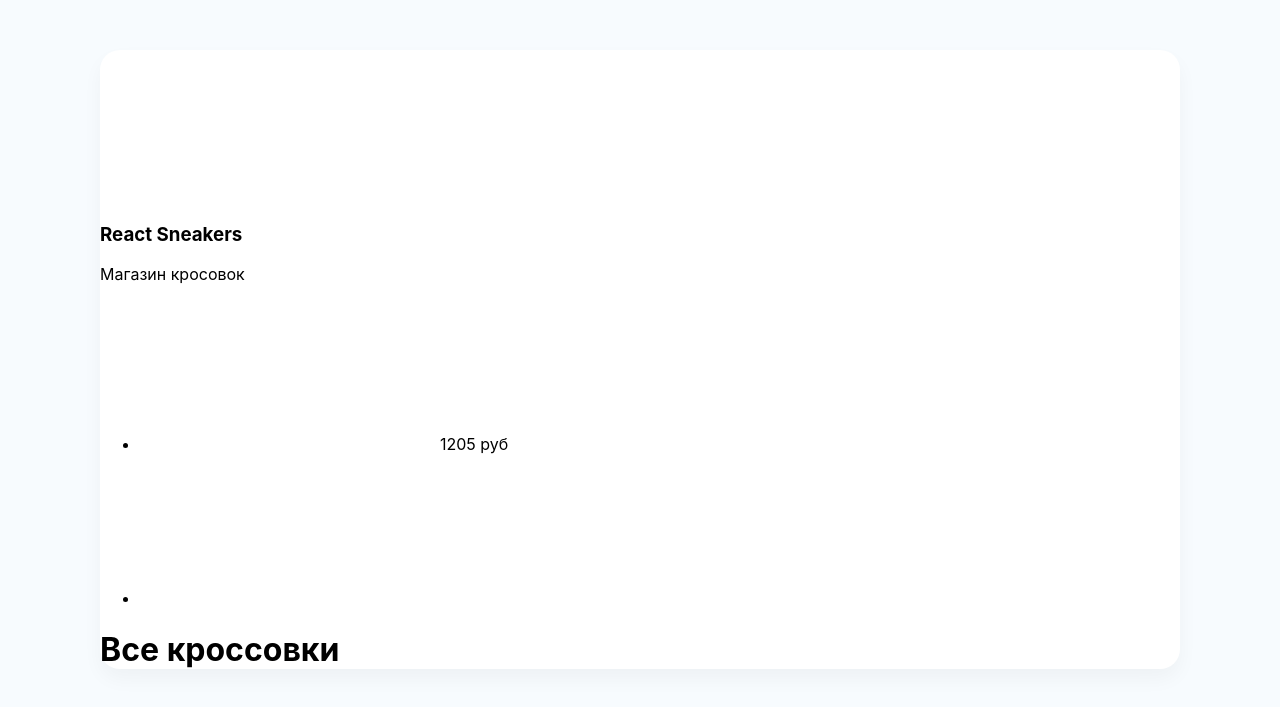
Repository: Azimich/React-Sneakers
Page: /
The author's editor kept a copy of each file at every save. The page is drawn from the files as they stood at one save, then again after a run of saves.
The browser window is 1280 px wide. The pictures show the whole page.
The project was rebuilt for these pictures with package versions that can differ from the ones it lists, and the page was loaded fresh each time.

Above is the page before, as saved 2022-09-22 21:20:54.

### src/index.js
import React from 'react';
import ReactDOM from 'react-dom/client';
import './index.scss';
import App from './App';

const root = ReactDOM.createRoot(document.getElementById('root'));
root.render (
  <React.StrictMode>
    <App />
  </React.StrictMode>
);

### src/index.scss
body {
  margin: 0;
  font-family: -apple-system, BlinkMacSystemFont, 'Segoe UI', 'Roboto', 'Oxygen',
  'Ubuntu', 'Cantarell', 'Fira Sans', 'Droid Sans', 'Helvetica Neue',
  sans-serif;
  background-color: #F7FBFE;
}

.wrapper {
  background: #FFFFFF;
  box-shadow: 0px 10px 20px rgba(0, 0, 0, 0.04);
  border-radius: 20px;
  max-width: 1080px;
  margin: 50px auto;
}

### src/App.js
import React from 'react';
import logo from '../public/img/logo.svg'

function App() {
  return (
    <div className="wrapper">
      <header>
        <div className="headerLeft"></div>
        <svg />
        <div className="headerInfo">
          <h3>React Sneakers</h3>
          <p>Магазин кросовок</p>
        </div>
        <ul className="headerRight">
          <li>
            <svg />
            <span>1205 руб</span>
          </li>
          <li>
            <svg />
          </li>
        </ul>
      </header>
      <div className="content">
        <h1>Все кроссовки</h1>
      </div>
    </div>
  );
}

export default App;

Loaded but not shown: public/index.html (common file)

After the next 4 saves:
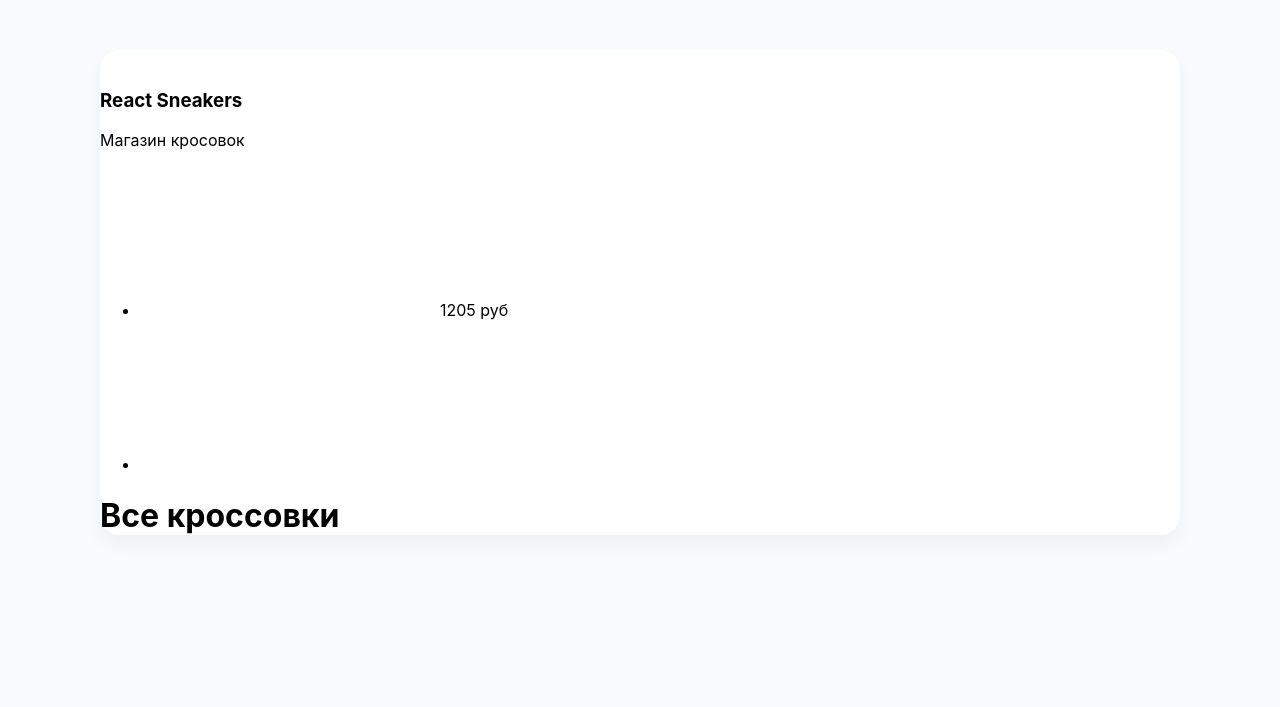
The 4 saves are shown as one change because they came seconds apart.
The last was saved 18 s later.
--- a/src/App.js
+++ b/src/App.js
@@ -6,7 +6,7 @@ function App() {
     <div className="wrapper">
       <header>
         <div className="headerLeft"></div>
-        <svg />
+        <img></img>
         <div className="headerInfo">
           <h3>React Sneakers</h3>
           <p>Магазин кросовок</p>
